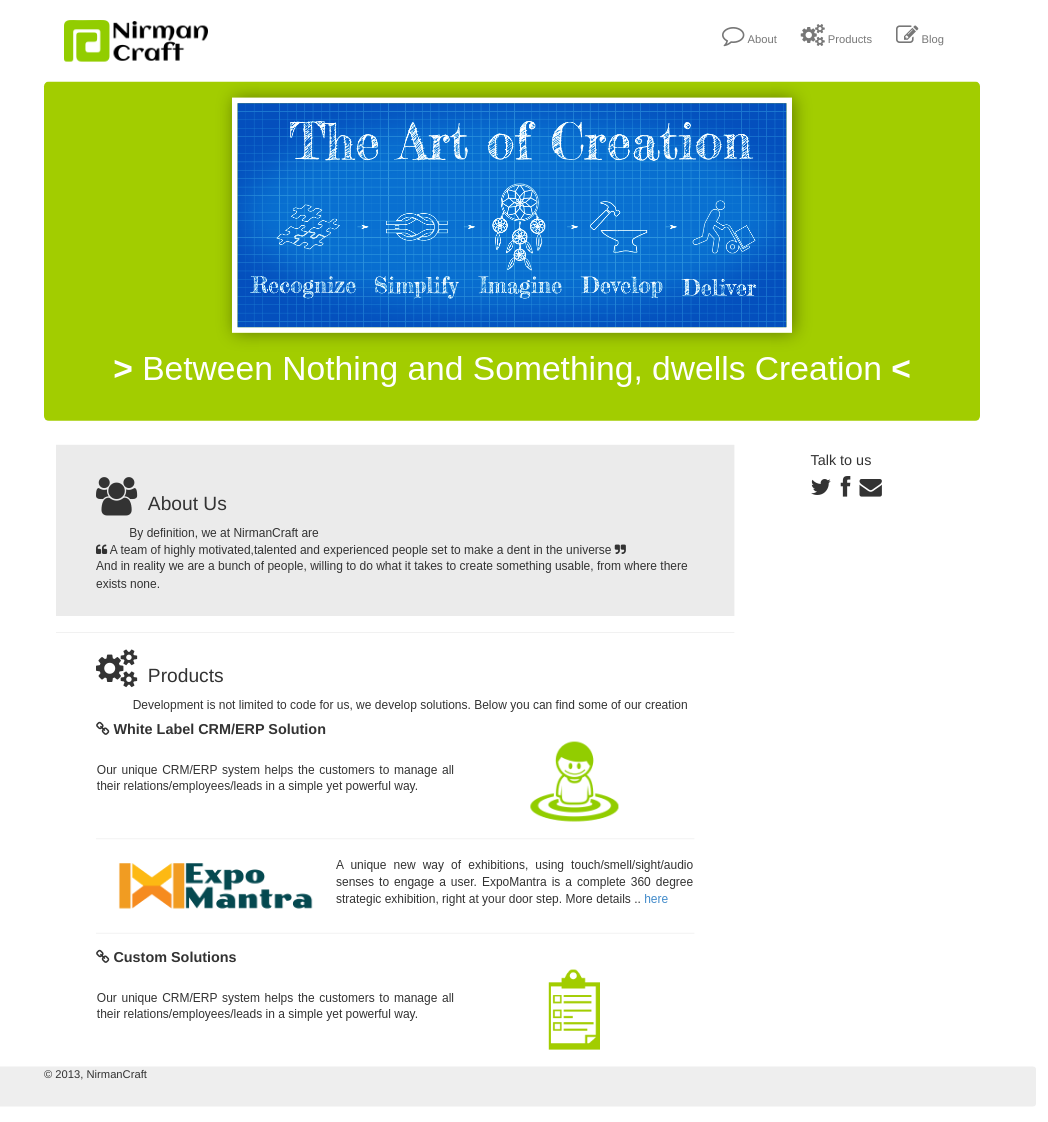
Repository: MeShreyas/NirmanCraftWebsite
Page: NirmanCraft/index.html
An editor plug-in stored every save of this project. The page is shown before and after the next save, followed by the edit.
The browser window is 1280 px wide. The page is 1310 px wide, so the pictures cover 1310 px, including what lies to the right of the window. The pictures show the whole page, at 80% of full size.
Some web fonts or font styles are not loaded; a fallback is used.

Above is the page before, as saved 2013-10-08 14:44:13.
Console error: ReferenceError: jQuery is not defined

After the next save:
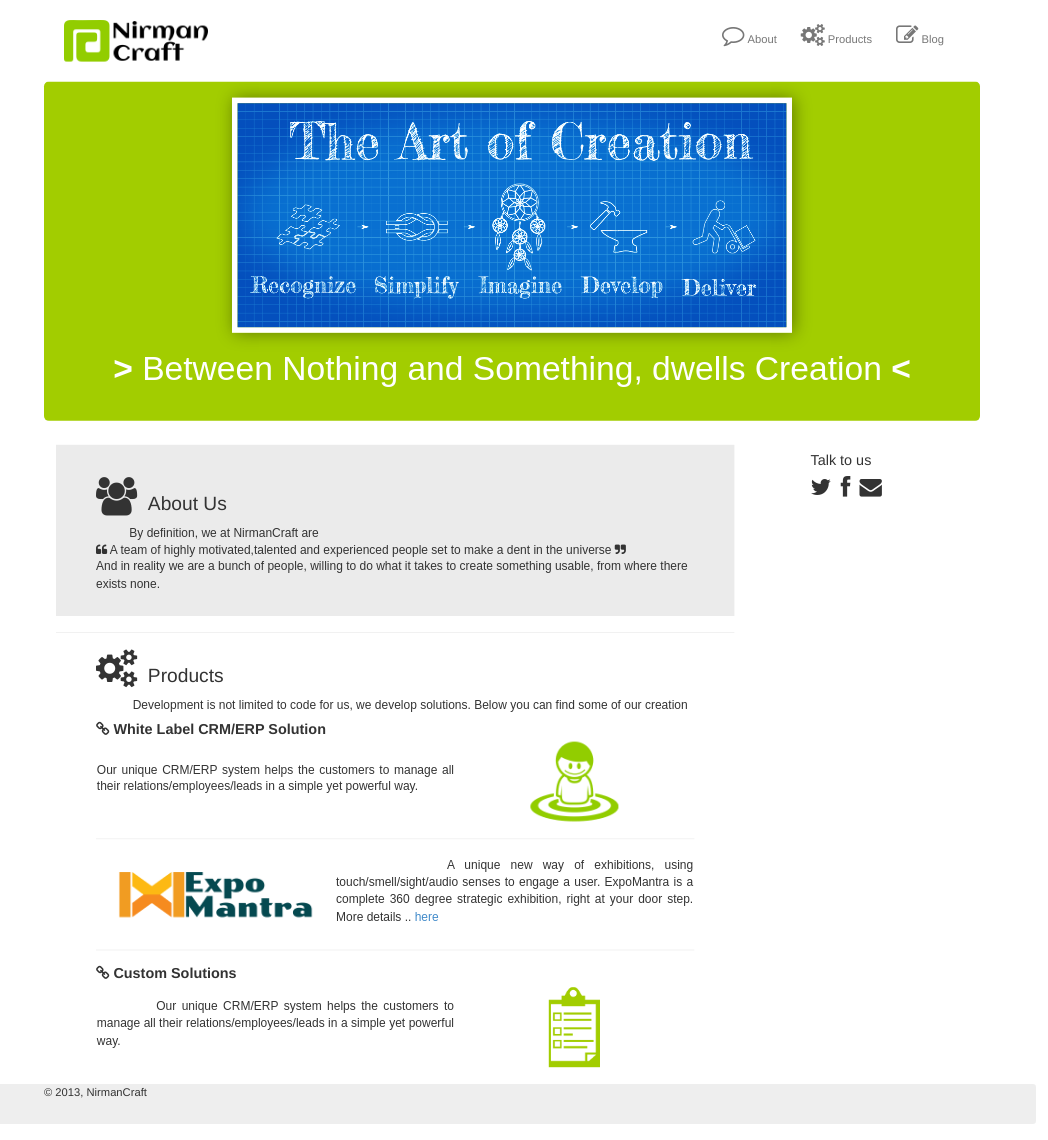
Saved 52 s later.
--- a/NirmanCraft/index.html
+++ b/NirmanCraft/index.html
@@ -133,7 +133,9 @@
 															<td width="40%" align="center">
 																<img src="images/expomantra.png" width="250px" ></td>
 															<td>
-																<p class="body-text" align="justify">A unique new way of exhibitions, using touch/smell/sight/audio senses
+																<p class="body-text" align="justify">
+																	&nbsp;&nbsp;&nbsp;&nbsp;&nbsp;&nbsp;&nbsp;&nbsp;&nbsp;&nbsp;
+																	A unique new way of exhibitions, using touch/smell/sight/audio senses
 																	to engage a user. ExpoMantra is a complete 360 degree strategic
 																	exhibition, right at your door step. More details ..
 																	<a href="http://expomantra.com" target="_blank">here</a>
@@ -153,7 +155,9 @@
 													<table width="100%">
 														<tr>
 															<td>
-																<p class="body-text" align="justify">Our unique CRM/ERP system helps the customers to manage all their
+																<p class="body-text" align="justify">
+																	&nbsp;&nbsp;&nbsp;&nbsp;&nbsp;&nbsp;&nbsp;&nbsp;&nbsp;&nbsp;
+																Our unique CRM/ERP system helps the customers to manage all their
 																relations/employees/leads in a simple yet powerful way.
 																</p></td>
 
